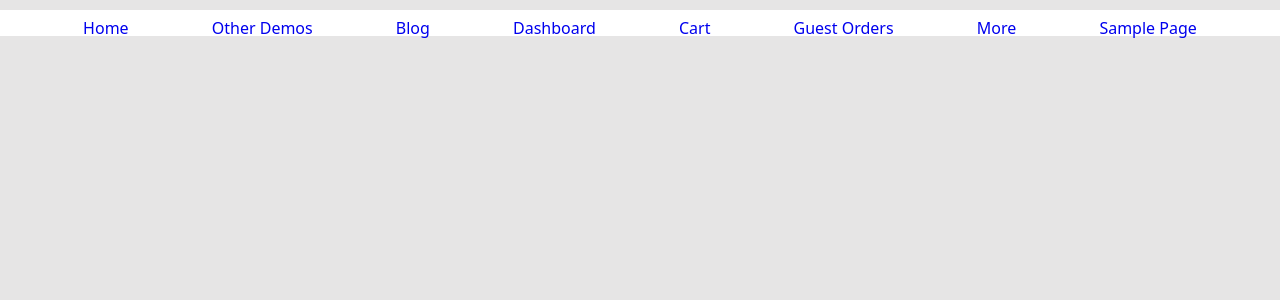
Repository: lannguyen1301/f8-zoom-day-4
Page: menu.html
These files come from the project's save history. The page is drawn as it stood at one moment and after the next save; the edit follows.
The browser window is 1280 px wide. The pictures show the whole page.

Above is the page before, as saved 2025-04-18 01:24:05.

After the next save:
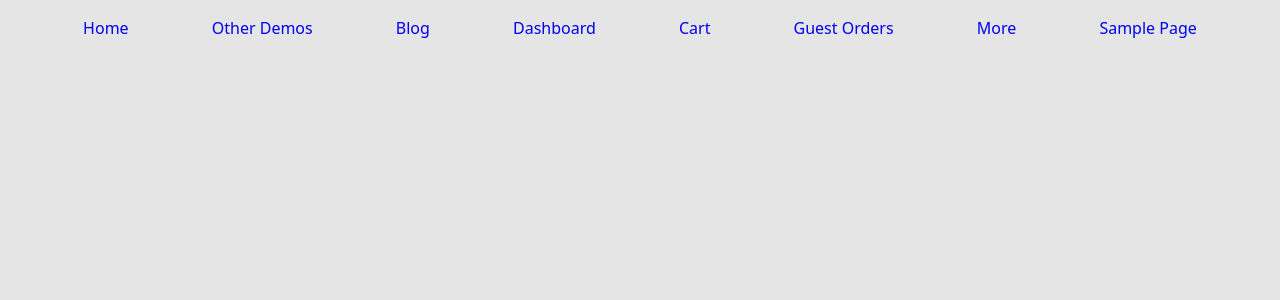
Saved 7 s later.
--- a/assets/css/navbar-style.css
+++ b/assets/css/navbar-style.css
@@ -18,7 +18,7 @@
 nav {
     padding-top: 10px;
     /* width: 100%; */
-    background-color: #fff;
+    /* background-color: #fff; */
 }
 
 ul.navbar-list {
